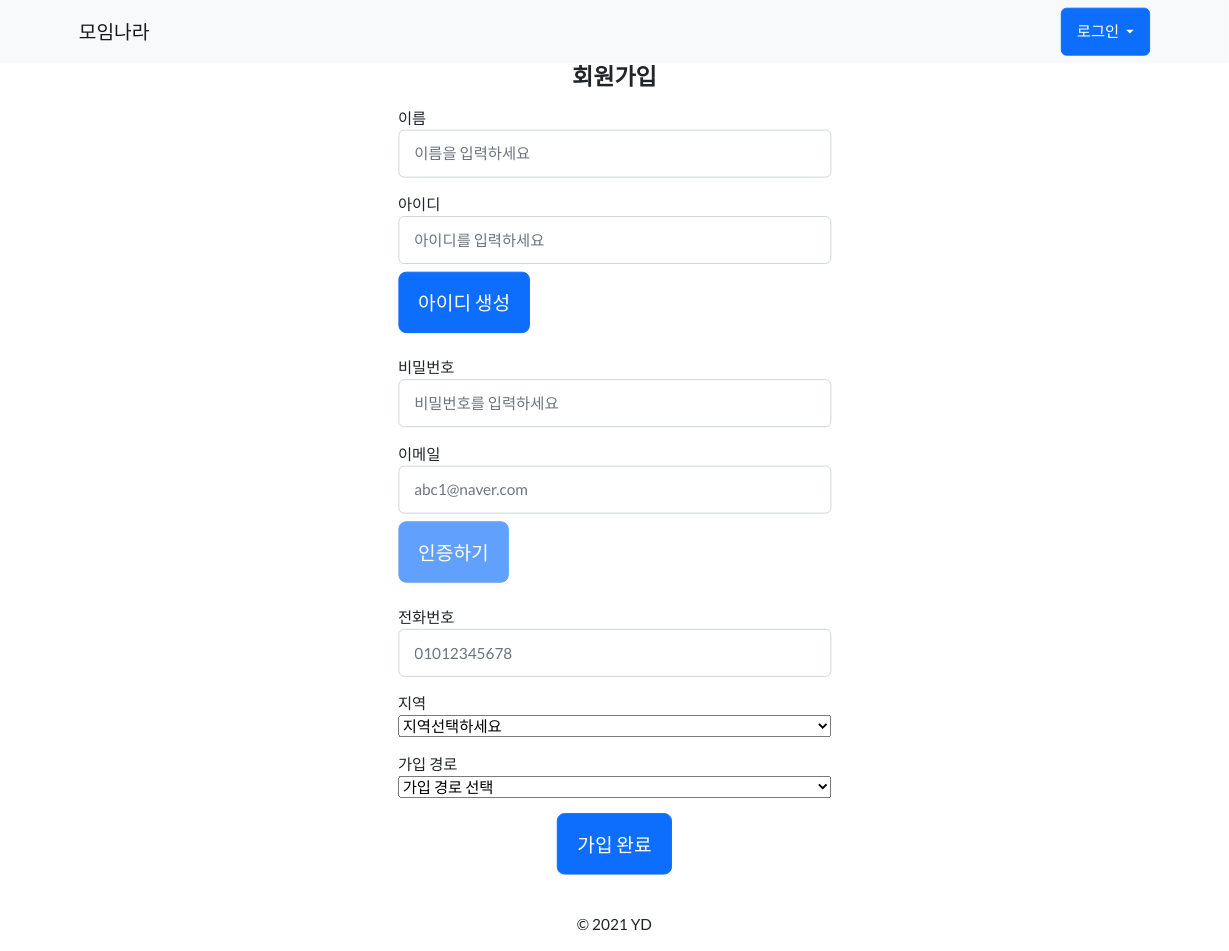
Repository: cmg9707/Devfox-spring-project
Page: http://localhost/DevJUS/WEB-INF/views/JUS/join.jsp
These files come from the project's save history. The page is drawn as it stood at one moment and after the next save; the edit follows.
The browser window is 1280 px wide. The pictures show the whole page, at 96% of full size.
The page is served by Tomcat 9. Nobody is signed in. The template is opened directly, without the code that normally fills it, so the values that code supplies are empty.

Above is the page before, as saved 2023-04-07 01:59:50.

After the next save:
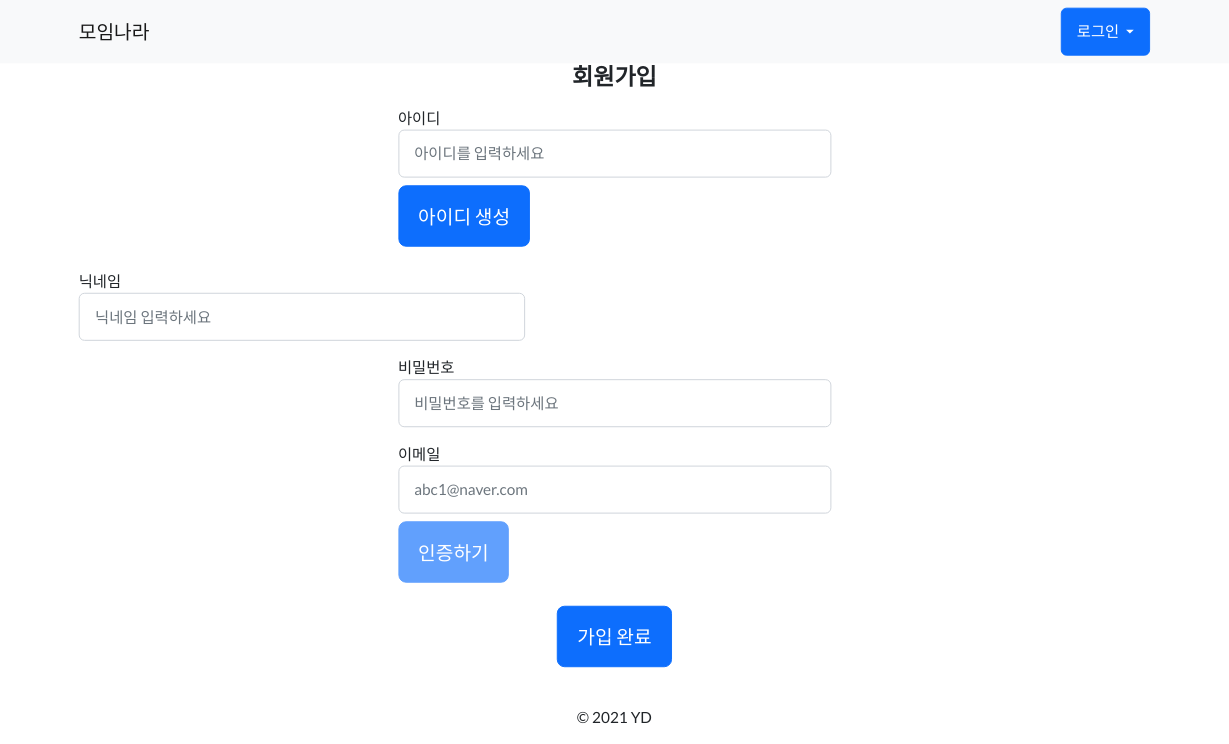
Saved 5 min 15 s later.
--- a/DevJUS/src/main/webapp/WEB-INF/views/JUS/join.jsp
+++ b/DevJUS/src/main/webapp/WEB-INF/views/JUS/join.jsp
@@ -48,28 +48,27 @@
 		<div class="input-form-backgroud row">
 			<div class="input-form col-md-12 mx-auto">
 				<h4 class="mb-3" style="text-align: center;">회원가입</h4>
-				<form class="member" name="member"
-				action="Shop?cmd=index"
-					method="post">
+				<form class="join" name="join" action="join"method="post">
 					<div class="row d-flex justify-content-center">
-						<div class="col-md-5 mb-3">
-							<label for="name">이름</label> <input type="text"
-								class="form-control" id="name" name ="name" placeholder="이름을 입력하세요" value=""
-								>
-							<div class="invalid-feedback">이름을 입력해주세요.</div>
-						</div>
+
 					</div>
 					<div class="row d-flex justify-content-center">
 						<div class="col-md-5 mb-3">
-							<label for="userid">아이디</label> <input type="text" readonly="readonly"
-								 class="form-control" id="userid"
-								name="userid" placeholder="아이디를 입력하세요" value=""
+							<label for="user_id">아이디</label> <input type="text" readonly="readonly"
+								 class="form-control" id="user_id"
+								name="user_id" placeholder="아이디를 입력하세요" value=""
 								>
 							<button class="btn btn-primary btn-lg btn-block my-2"
 								type="button" id="idcl"  onclick="id_check()" value="">아이디 생성</button>
 							<div class="invalid-feedback">아이디 생성을 눌러주세요.</div>
 						</div>
 					</div>
+					<div class="col-md-5 mb-3">
+							<label for="user_name">닉네임</label> <input type="text"
+								class="form-control" id="user_name" name ="user_name" placeholder="닉네임 입력하세요" value=""
+								>
+							<div class="invalid-feedback">이름을 입력해주세요.</div>
+						</div>
 					<div class="row d-flex justify-content-center">
 						<div class="col-md-5 mb-3">
 							<label for="nickname">비밀번호</label> <input type="password"
@@ -93,46 +92,6 @@
 						</div>
 					</div>
 
-					<div class="row d-flex justify-content-center">
-						<div class="col-md-5 mb-3">
-							<label for="phone">전화번호</label> <input type="text"
-								class="form-control" id="phone" name="phoen"
-								value = ""
-								placeholder="01012345678" required
-								maxlength="13"
-					oninput="this.value = this.value.replace(/[^0-9\-]/g, '');" >
-							<div class="invalid-feedback">전화번호를 입력해주세요.</div>
-						</div>
-					</div>
-
-					<div class="row d-flex justify-content-center">
-						<div class="col-md-5 mb-3">
-							<label for="area">지역</label> <select
-								class="custom-select d-block w-100" id="area" name="area">
-								<option value="0">지역선택하세요</option>
-								<option value="서울">서울</option>
-								<option value="부산">부산</option>
-								<option value="대전">대전</option>
-							</select>
-							<div class="invalid-feedback">지역를 선택해주세요.</div>
-						</div>
-					</div>
-
-					<div class="row d-flex justify-content-center">
-						<div class="col-md-5 mb-3">
-							<label for="root">가입 경로</label> <select
-								class="custom-select d-block w-100" id="root" name="root">
-								<option value="0">가입 경로 선택</option>
-								<option value="지인">지인</option>
-								<option value="인터넷검색">인터넷검색</option>
-								<option value="광고">광고</option>
-								<option value="뉴스">뉴스</option>
-
-							</select>
-						</div>
-
-					</div>
-
 					<div class="mb-4" style="text-align: center;">
 					<button type="button" class="btn btn-primary btn-lg btn-block" onclick="send()">가입
 						완료</button>
